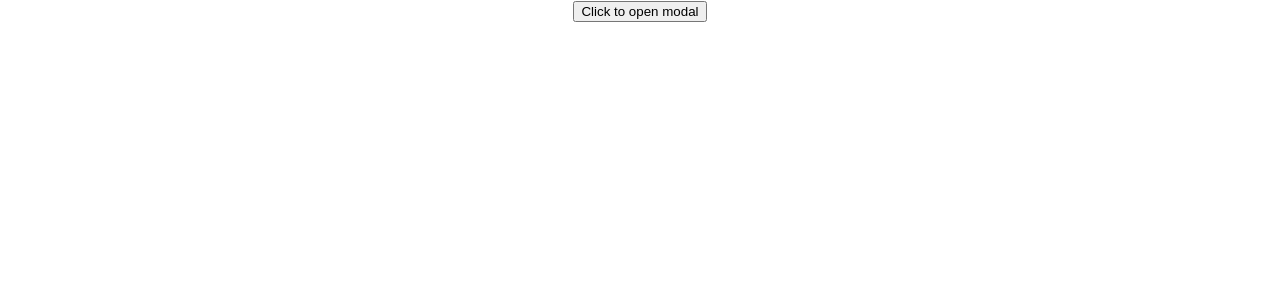
Repository: drumsmanku/react-module-test
Page: /
The author's editor kept a copy of each file at every save. The page is drawn from the files as they stood at one save, then again after the next save.
The browser window is 1280 px wide. The pictures show the whole page.
The project was rebuilt for these pictures with package versions that can differ from the ones it lists, and the page was loaded fresh each time.

Above is the page before, as saved 2023-06-06 20:58:00.

After the next save:
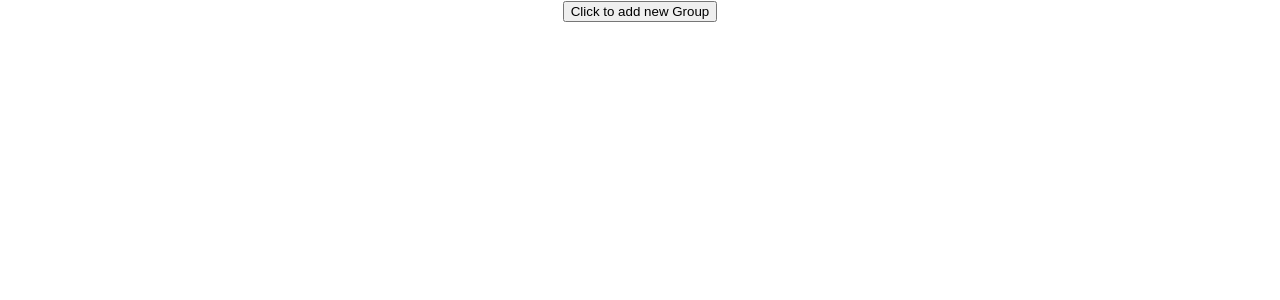
Saved 15 s later.
--- a/src/Components/PopUp.js
+++ b/src/Components/PopUp.js
@@ -5,7 +5,7 @@ import "reactjs-popup/dist/index.css";
 function PopUp() {
   return (
     <div>
-      <Popup trigger={<button> Click to open modal </button>} modal nested>
+      <Popup trigger={<button> Click to add new Group </button>} modal nested>
         {(close) => (
           <div className="modal">
             <div className="content">Welcome to GFG!!!</div>
